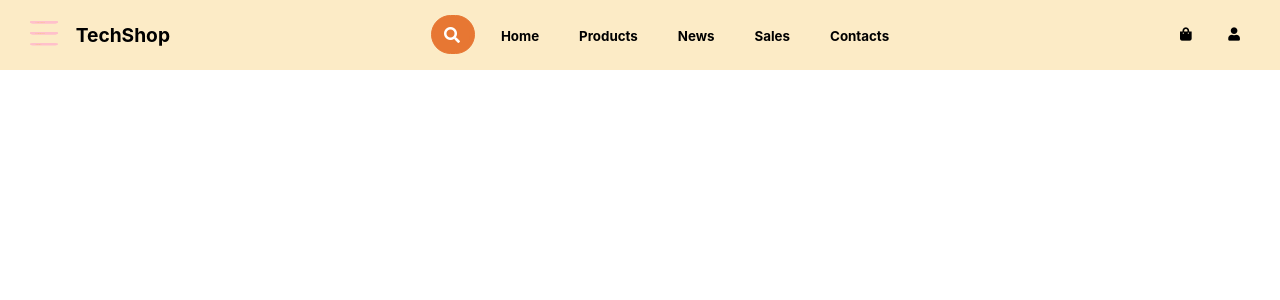
Repository: dinhngocup/TechShop
Page: /
The author's editor kept a copy of each file at every save. The page is drawn from the files as they stood at one save, then again after a run of saves.
The browser window is 1280 px wide. The pictures show the whole page.
Some web libraries are served in a nearby version. The project was rebuilt for these pictures with package versions that can differ from the ones it lists, and the page was loaded fresh each time. Also part of the build but not shown: src/App.css, src/components/news.jsx, src/components/Home/Banner/_banner.scss, src/components/Home/Banner/banner.jsx, src/components/Home/_home.scss, src/components/Home/home.jsx.

Above is the page before, as saved 2021-03-18 00:44:48.

After the next 2 saves:
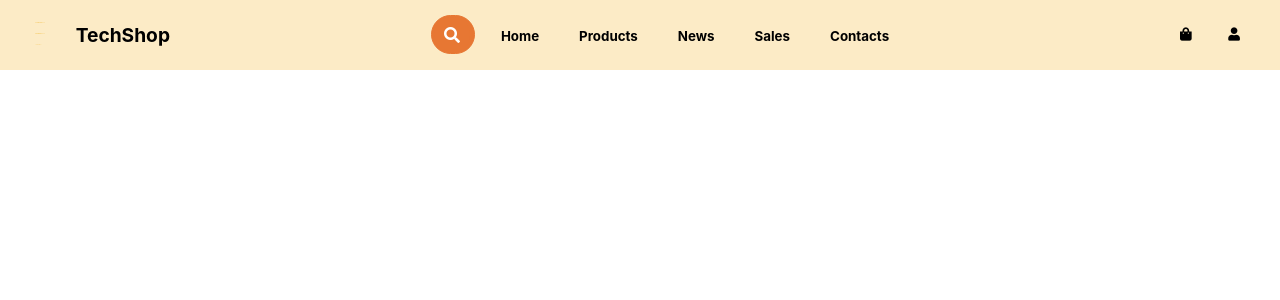
The 2 saves are shown as one change because they came seconds apart.
The last was saved 10 s later.
--- a/src/components/Header/Menu/_menu.scss
+++ b/src/components/Header/Menu/_menu.scss
@@ -28,8 +28,7 @@
                 overflow: visible;
                 height: 60px;
                 width: 100%;
-                border-radius: 20px;
-                background-color: pink;
+                border-radius: 10px;
 
                 transform-origin: 0 0;
                 transition: transform 0.6s ease;
